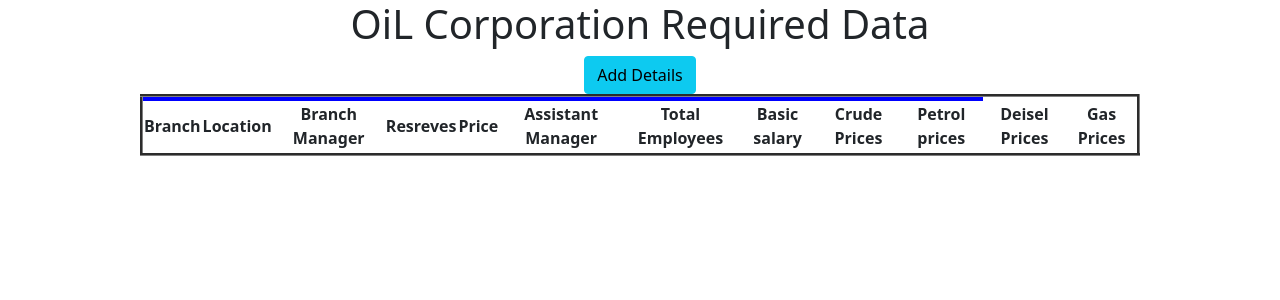
Repository: veerrajuMareddi/demo
Page: http://localhost/OilCorporation/views/unique.jsp
The author's editor kept a copy of each file at every save. The page is drawn from the files as they stood at one save, then again after the next save.
The browser window is 1280 px wide. The pictures show the whole page.
The page is served by Tomcat 9. The template is opened directly, without the code that normally fills it, so the values that code supplies are empty.

Above is the page before, as saved 2022-05-03 13:42:40.

After the next save:
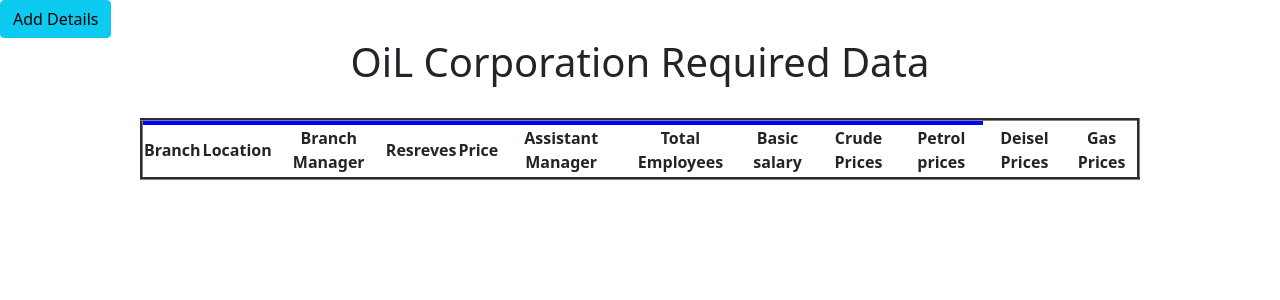
Saved 84 s later.
--- a/OilCorporation/src/main/webapp/views/unique.jsp
+++ b/OilCorporation/src/main/webapp/views/unique.jsp
@@ -19,6 +19,8 @@ pageEncoding="ISO-8859-1"%>
 <title>BranvhDetails</title>
 </head>
 <body style="background-color: white;">
+<a class="btn btn-info" href="/src/callsave">Add Details</a>
+
 <center>
 <style>
 	form {
@@ -27,7 +29,6 @@ pageEncoding="ISO-8859-1"%>
 	}
 </style>
 <h1>OiL Corporation Required Data</h1>
-<a class="btn btn-info" href="/src/callsave">Add Details</a>
 
 <br>
 <center>
